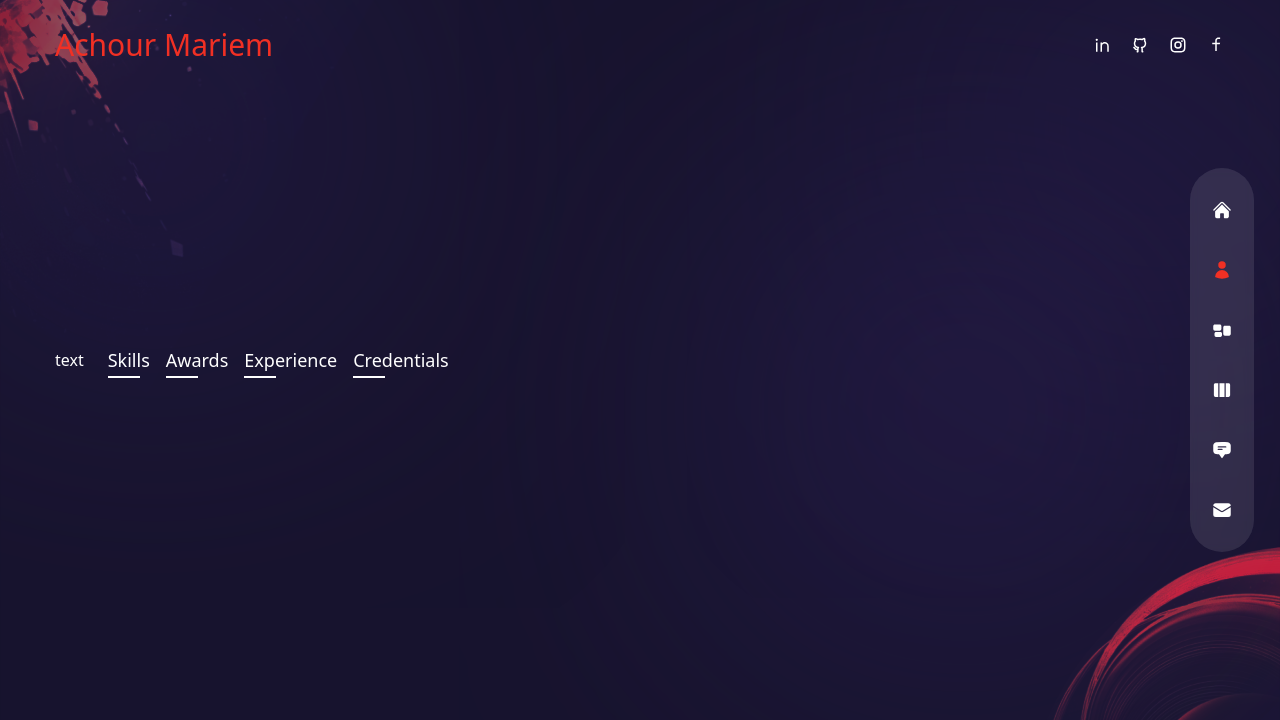
Repository: AchourMaryem/My-personal-portfolio
Page: /about
The author's editor kept a copy of each file at every save. The page is drawn from the files as they stood at one save, then again after a run of saves.
The browser window is 1280 px wide. The pictures show the whole page.
The project was rebuilt for these pictures with package versions that can differ from the ones it lists, and the page was loaded fresh each time. The framework's server and built-in components were replaced by stand-ins that run in the browser. Also part of the build but not shown: next.config.js.

Above is the page before, as saved 2023-09-22 01:41:14.

### pages/_app.js
import '../styles/globals.css';
import Layout from '../components/Layout';
import Transition from '../components/Transition';
import { useRouter } from 'next/router';
import { AnimatePresence, motion } from 'framer-motion';

function MyApp({ Component, pageProps }) {
  const router = useRouter();
  return(
  <Layout>
    <AnimatePresence mode='wait'>
      <motion.div key={router.route} className='h-full'>
        <Transition />
        <Component {...pageProps} />
      </motion.div>
  </AnimatePresence>
  </Layout>
  );
}

export default MyApp;

### pages/about/index.js
import React, { useState } from 'react';

// icons
import {
  FaHtml5,
  FaCss3,
  FaJs,
  FaReact,
  FaWordpress,
  FaFigma,
} from "react-icons/fa";

import {
  SiNextdotjs,
  SiFramer,
  SiAdobexd,
  SiAdobephotoshop,
} from "react-icons/si";


//  data
export const aboutData = [
  {
    title: 'skills',
    info: [
      {
        title: 'Web Development',
        icons: [
          <FaHtml5 />,
          <FaCss3 />,
          <FaJs />,
          <FaReact />,
          <SiNextdotjs />,
          <SiFramer />,
          <FaWordpress />,
        ],
      },
      {
        title: 'UI/UX Design',
        icons: [<FaFigma />, <SiAdobexd />, <SiAdobephotoshop />],
      },
    ],
  },
  {
    title: 'awards',
    info: [
      {
        title: 'Webby Awards - Honoree',
        stage: '2011 - 2012',
      },
      {
        title: 'Adobe Design Achievement Awards - Finalist',
        stage: '2009 - 2010',
      },
    ],
  },
  {
    title: 'experience',
    info: [
      {
        title: 'UX/UI Designer - XYZ Company',
        stage: '2012 - 2023',
      },
      {
        title: 'Web Developer - ABC Agency',
        stage: '2010 - 2012',
      },
      {
        title: 'Intern - DEF Corporation',
        stage: '2008 - 2010',
      },
    ],
  },
  {
    title: 'credentials',
    info: [
      {
        title: 'Web Development - ABC University, LA, CA',
        stage: '2011',
      },
      {
        title: 'Computer Science Diploma - AV Technical Institute',
        stage: '2009',
      },
      {
        title: 'Certified Graphic Designer - ABC Institute, Los Angeles, CA',
        stage: '2006',
      },
    ],
  },
];

import Avatar from '../../components/Avatar';
import Circles from '../../components/Circles';
import {motion} from 'framer-motion';
import {fadeIn} from '../../variants';

const About = () => {
  const [index,setIndex] = useState(0);
  return (
  <div className='h-full bg-primary/30 py-32 text-center xl:text-left'>
    <Circles />
    <motion.div
     variants={fadeIn('right',0.2)}
      initial="hidden"
      animate="show"
      exit="hidden"
      className='hidden xl:flex absolute bottom-0 -left-[370px]'>
<Avatar />
    </motion.div>
    <div className='container mx-auto h-full flex felx-col items-center xl:flex-row gap-x-6'>
      <div>text</div>
      <div>
        <div className='flex gap-x-4 xl:gap'>
          {aboutData.map((item, itemIndex)=>{
            return (<div key={itemIndex} className='cursor-pointer capitalize xl:text-lg relative after:w-8 after:h-[2px]
            after:bg-white after:absolute after:-bottom-1 after:left-0'>
              {item.title}
            </div>);
          })}
        </div>
      </div>
    </div>
  </div>
  );
};

export default About;

### styles/globals.css
@tailwind base;
@tailwind components;
@tailwind utilities;

.translate-z-0 {
  transform: translateZ(0px);
}
.swiper-horizontal > .swiper-pagination-bullets .swiper-pagination-bullet,
.swiper-pagination-horizontal.swiper-pagination-bullets
  .swiper-pagination-bullet {
  background-color: #f13024;
}

.swiper-button-next:after,
.swiper-button-prev:after,
.swiper-button-next:after,
.swiper-rtl .swiper-button-prev:after {
  color: #f13024;
}

@layer base {
  body {
    @apply bg-secondary overflow-hidden leading-relaxed;
  }
  .page {
    @apply w-full h-screen overflow-hidden;
  }
  .h1 {
    @apply text-[35px] leading-tight md:text-[60px] md:leading-[1.3] mb-8 font-semibold;
  }
  .h2 {
    @apply text-[35px] leading-tight md:text-[54px] md:leading-[1.3] mb-4 font-semibold;
  }
  p {
    @apply leading-[1.8] text-white/60 font-light;
  }
  .btn,
  .input {
    @apply h-[52px];
  }
  .input {
    @apply w-full h-[52px] rounded-lg pl-6 capitalize;
  }
  .input,
  .textarea {
    @apply bg-transparent outline-none focus:ring-1 focus:ring-accent border border-white/20 placeholder:text-white/30 placeholder:font-light;
  }
  .textarea {
    @apply w-full h-[180px] p-6 capitalize rounded-lg resize-none;
  }
  .scrollable-content {
    /* Modifier la couleur de la barre de défilement en gris */
    scrollbar-width: thin;
    scrollbar-color: gray gray; /* Couleur de la barre de défilement et du track (fond) */
  }

  .scrollable-content::-webkit-scrollbar {
    width: 6px; /* Largeur de la barre de défilement */
  }

  .scrollable-content::-webkit-scrollbar-thumb {
    background-color: gray; /* Couleur de la barre de défilement */
  }

}

### components/Layout.js
import {Sora} from '@next/font/google'


const sora = Sora({
  subsets:['latin'],
  variable:'--font-sora',
  weight:['100','200','300','400','500','600','700','800'],
});
import Nav from '../components/Nav'
import Header from '../components/Header'
import TopLeftImg from '../components/TopLeftImg'

const Layout = ({children}) => {
  return <div className={'page bg-site text-white bg-cover bg-no-repeat ${sora.variable} font-sora relative '}>
   <TopLeftImg />
    <Nav />
    <Header />
    {children}
  </div>;
};

export default Layout;

### components/Transition.js
import {motion} from 'framer-motion';

const transitionVariants = {
  initial: {
    x: '100%',
    width: '100%',
  },
  animate: {
    x: '0%',
    width: '0%',
  },
  exit: {
    x: ['0%', '100%'],
    width: ['0%', '100%'],
  },
};

const Transition = () => {
  return (
    <>
      <motion.div
        className='fixed top-0 bottom-0 right-full w-screen h-screen z-30 bg-[#2e2257]'
        variants={transitionVariants}
        initial='initial'
        animate='animate'
        exit='exit'
        transition={{ delay: 0.2, duration: 0.6, ease: 'easeInOut' }}
      >
      </motion.div>
      <motion.div
        className='fixed top-0 bottom-0 right-full w-screen h-screen z-20 bg-[#3b2d71]'
        variants={transitionVariants}
        initial='initial'
        animate='animate'
        exit='exit'
        transition={{ delay: 0.4, duration: 0.6, ease: 'easeInOut' }}
      >
      </motion.div>
      <motion.div
        className='fixed top-0 bottom-0 right-full w-screen h-screen z-10 bg-[#4b3792]'
        variants={transitionVariants}
        initial='initial'
        animate='animate'
        exit='exit'
        transition={{ delay: 0.6, duration: 0.6, ease: 'easeInOut' }}
      >
      </motion.div>
    </>
  );
};

export default Transition;

### components/Avatar.js
import Image from 'next/image';

const Avatar = () => {
  return (
  <div className='hidden xl:flex xl:max-w-none'>
<Image
src={'/imagee.png'}
width={737}
height={678}
 alt=""
className='translate-z-0 w-full h-full'/>
  </div>
);
};

export default Avatar;

### components/Circles.js
import Image from 'next/image';

const Circles = () => {
  return (
  <div className='w-[200px] xl:w-[300px] absolute -right-16 -bottom-2 mix-blend-color-dodge animate-pulse duration-75 z-10'>
    <Image src={'/circles.png'}
     width={260}
     height={200}
      className='w-full h-full'
    alt="" />
  </div>);
};

export default Circles;

### components/Nav.js
// icons
import {
  HiHome,
  HiUser,
  HiViewColumns,
  HiRectangleGroup,
  HiChatBubbleBottomCenterText,
  HiEnvelope,
} from 'react-icons/hi2';

// nav data
export const navData = [
  { name: 'home', path: '/', icon: <HiHome /> },
  { name: 'about', path: '/about', icon: <HiUser /> },
  { name: 'services', path: '/services', icon: <HiRectangleGroup /> },
  { name: 'work', path: '/work', icon: <HiViewColumns /> },
  {
    name: 'testimonials',
    path: '/testimonials',
    icon: <HiChatBubbleBottomCenterText />,
  },
  {
    name: 'contact',
    path: '/contact',
    icon: <HiEnvelope />,
  },
];
import Link from 'next/link';
import { useRouter } from 'next/router';
const Nav = () => {
  const router = useRouter();
  const pathname = router.pathname;
  return (
    <nav className='flex flex-col items-center xl:justify-center gap-y-4 fixed h-max bottom-0 mt-auto xl:right-[2%] z-50 top-0 w-full xl:w-16 xl:max-w-md xl:h-screen' >
      {/*inner*/}
      <div className='flex w-full xl:flex-col items-center justify-between xl:justify-center gap-y-10 px-4 md:px-40 xl:px-0 h-[80px] xl:h-max py-8 bg-white/10 backdrop-blur-sm text-3xl xl:text-xl xl:rounded-full '>
        {navData.map((link, index) => {
         return(
          <Link
          className={`${link.path === pathname && 'text-accent'} relative flex items-center group hover:text-accent transition-all duration-300`}
          href={link.path}
          key={index}
          >

          {/* tooltip */}
          <div className='absolute pr-14 right-0 hidden xl:group-hover:flex'>
          <div className='bg-white relative flex text-primary itemscenter p-[6px] rounded-[3px]'>
          <div className='text-[12px] leading-none font-semibold capitalize'>
            {link.name}
            </div>
         {/* triangle */}
         <div className='border-solid border-l-white border-l-8 border-y-transparent border-y-[6px] border-r-0 absolute -right-2'></div>

          </div>
          </div>
         <div> {link.icon}</div>

        </Link>
        );
})}
      </div>
    </nav>
  );
};

export default Nav;

### components/Header.js
import Image from "next/image";
import Link from "next/link";
import { useRouter } from 'next/router';

import Socials from '../components/Socials';
const Header = () => {
  const router = useRouter();

  return (
    <header className="absolute z-30 w-full flex items-center px-16 xl:px-0 xl:h-[90px]">
      <div className="container mx-auto">
        <div className="flex flex-col lg:flex-row justify-between items-center py-8">
          {router.pathname === '/' ? (
            <Link href="/"></Link>
          ) : (
         <Link href="/" className="text-3xl text-accent "  >Achour Mariem</Link>
          )}
            <Socials>Socials</Socials>
        </div>
          </div>
    </header>

  );
};

export default Header;

### components/TopLeftImg.js
import Image from "next/image";
const TopLeftImg = () => {
  return <div className="absolute left-0 top-0 mix-blend-color-dodge z-10 w-[200px] xl:w-[400px] opacity-50">
    <Image src='/top-left-img.png' width={400} height={400}  alt=""/>
  </div>;
};

export default TopLeftImg;

### components/Socials.js
import Link from "next/link";
import {
  RiLinkedinLine,
  RiGithubLine,
  RiInstagramLine,
  RiFacebookLine} from 'react-icons/ri'
const Socials = () => {
  return (
  <div className="flex items-center gap-x-5 text-lg">
    <Link href={'https://www.linkedin.com/in/mariem-achour-915469235/'} target="_blank" rel="noopener noreferrer" className="hover:text-accent transition-all duration-300">
      <RiLinkedinLine />
    </Link>
    <Link href={'https://github.com/AchourMaryem?tab=repositories'} target="_blank" rel="noopener noreferrer" className="hover:text-accent transition-all duration-300">
      <RiGithubLine />
    </Link>
    <Link href={'https://www.instagram.com/maryem_achouur/'} className="hover:text-accent transition-all duration-300"target="_blank" rel="noopener noreferrer">
      <RiInstagramLine />
    </Link>
    <Link href={'https://www.facebook.com/profile.php?id=100070889742279'} className="hover:text-accent transition-all duration-300" target="_blank" rel="noopener noreferrer">
      <RiFacebookLine />
    </Link>
  </div>
  );
};

export default Socials;

Loaded but not shown: variants.js (common file); tailwind.config.js (common file)

After the next 3 saves:
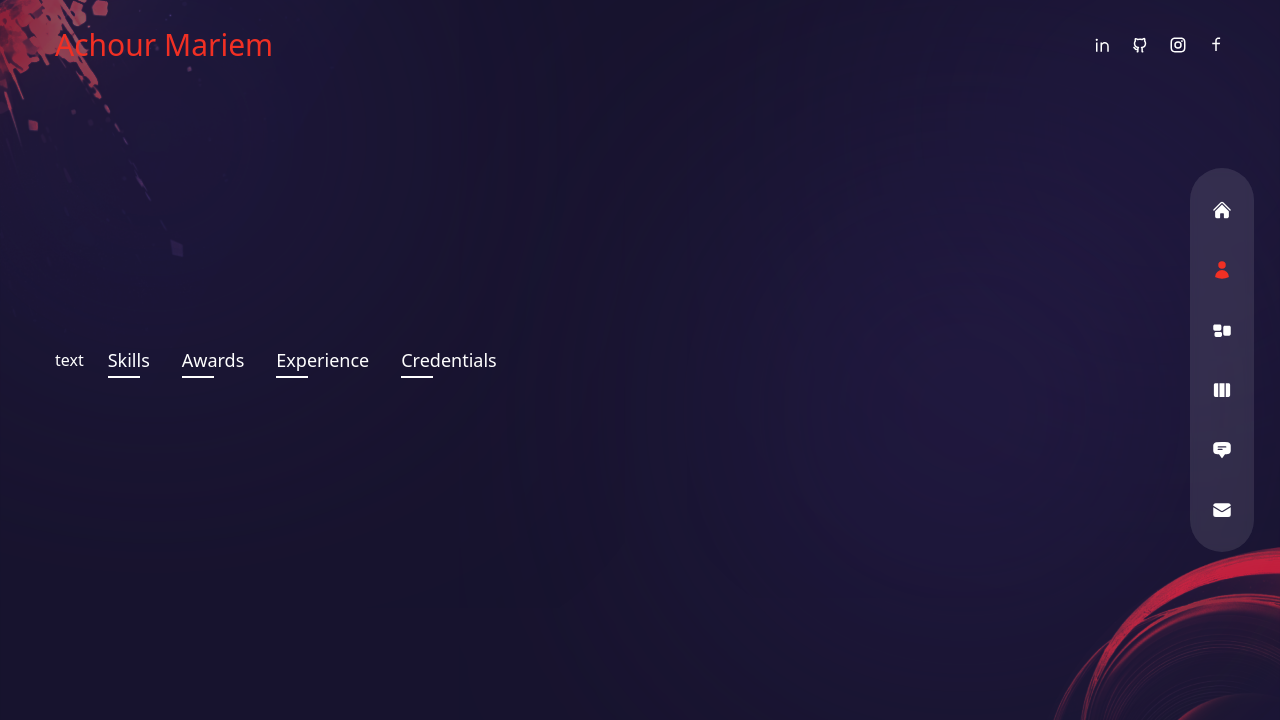
The 3 saves are shown as one change because they came seconds apart.
The last was saved 12 s later.
--- a/pages/about/index.js
+++ b/pages/about/index.js
@@ -111,7 +111,7 @@ const About = () => {
     <div className='container mx-auto h-full flex felx-col items-center xl:flex-row gap-x-6'>
       <div>text</div>
       <div>
-        <div className='flex gap-x-4 xl:gap'>
+        <div className='flex gap-x-4 xl:gap-x-8 mx-auto xl:mx'>
           {aboutData.map((item, itemIndex)=>{
             return (<div key={itemIndex} className='cursor-pointer capitalize xl:text-lg relative after:w-8 after:h-[2px]
             after:bg-white after:absolute after:-bottom-1 after:left-0'>
